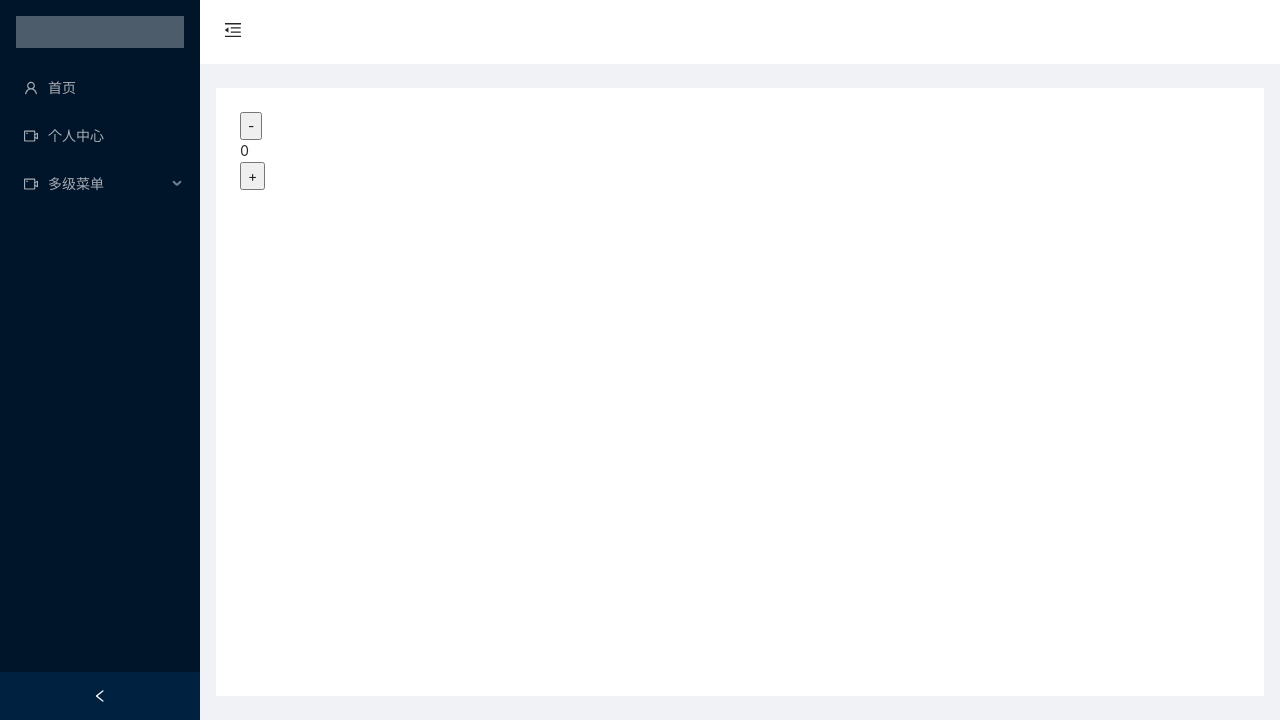
Repository: DallenCat/react-test
Page: /dashboard
An editor plug-in stored every save of this project. The page is shown before and after the next save, followed by the edit.
The browser window is 1280 px wide. The pictures show the whole page.
The project was rebuilt for these pictures with package versions that can differ from the ones it lists, and the page was loaded fresh each time. Also part of the build but not shown: src/containers/personal/index.js.

Above is the page before, as saved 2021-10-29 14:33:23.

### src/index.js
/*
 * @Descripttion:
 * @version:
 * @Author: dal
 * @Date: 2021-10-26 17:14:54
 * @LastEditors: dal
 * @LastEditTime: 2021-10-28 17:36:55
 */
import React from 'react';
import ReactDOM from 'react-dom';
import './index.css';
import App from './App';
import reportWebVitals from './reportWebVitals';
import { Provider } from "react-redux"
import store from "./store"

ReactDOM.render(
  <Provider store={store}>
    <App />
  </Provider>,
  document.getElementById('root')
);

// If you want to start measuring performance in your app, pass a function
// to log results (for example: reportWebVitals(console.log))
// or send to an analytics endpoint. Learn more: https://bit.ly/CRA-vitals
reportWebVitals();

### src/App.js

import './App.css';
import Routes from './routes';
import { BrowserRouter as Router, Switch, Route } from 'react-router-dom';
import SiderDemo from "@/components/layout/index.js"
import { Component } from 'react';
class App extends Component {
  render() {
    let LayoutRouter = (props) => {
      return (
        <SiderDemo>
          <Routes />
        </SiderDemo>
      )
    }
    return (
      <Router>
        <Switch>
          <Route path="/" component={LayoutRouter} />
        </Switch>
      </Router>
    )
  }

}
// render(<Router routes={routes} />, document.body)
export default App;

### src/store/index.js
/*
 * @Descripttion:
 * @version:
 * @Author: dal
 * @Date: 2021-10-28 17:32:00
 * @LastEditors: dal
 * @LastEditTime: 2021-10-28 17:35:35
 */
import { configureStore } from '@reduxjs/toolkit'

import counterReducer from '@/reducers/counterReducer'

export default configureStore({
  reducer: {
    counter: counterReducer
  }
})

### src/App.css
@import '~antd/dist/antd.css';

.App {
  text-align: center;
}

.App-logo {
  height: 40vmin;
  pointer-events: none;
}

@media (prefers-reduced-motion: no-preference) {
  .App-logo {
    animation: App-logo-spin infinite 20s linear;
  }
}

.App-header {
  background-color: #282c34;
  min-height: 100vh;
  display: flex;
  flex-direction: column;
  align-items: center;
  justify-content: center;
  font-size: calc(10px + 2vmin);
  color: white;
}

.App-link {
  color: #61dafb;
}

@keyframes App-logo-spin {
  from {
    transform: rotate(0deg);
  }

  to {
    transform: rotate(360deg);
  }
}

### src/routes/index.js
/*
 * @Descripttion:
 * @version:
 * @Author: dal
 * @Date: 2021-10-26 17:34:53
 * @LastEditors: dal
 * @LastEditTime: 2021-10-27 15:55:38
 */
import Dashboard from "@/containers/dashboard"
import Personal from "@/containers/personal"
import { Route, Switch, withRouter } from 'react-router-dom';

const routes = () => {
  return (
    <Switch>
      <Route exact path={"/dashboard"} component={Dashboard} />
      <Route exact path={"/personal"} component={Personal} />

    </Switch>
  )
}
export default withRouter(routes)

### src/components/layout/index.js
/*
 * @Descripttion:
 * @version:
 * @Author: dal
 * @Date: 2021-10-27 09:54:26
 * @LastEditors: dal
 * @LastEditTime: 2021-10-27 16:53:47
 */
import React from "react"
import { Layout } from 'antd';
// 首先我们需要导入一些组件...
import "./index.css"
import {
  MenuUnfoldOutlined,
  MenuFoldOutlined
} from '@ant-design/icons';
import Sider from "./sider"
const { Header, Content } = Layout;

class SiderDemo extends React.Component {

  state = {
    collapsed: false,
  };

  toggle = () => {
    this.setState({
      collapsed: !this.state.collapsed,
    });
  };
  // 组件挂载
  componentDidMount() {
    console.log(this.props);
  }
  render() {

    return (
      <Layout id="components-layout-demo-custom-trigger">
        <Sider collapsed={this.state.collapsed}></Sider>
        <Layout className="site-layout">
          <Header className="site-layout-background">
            {React.createElement(this.state.collapsed ? MenuUnfoldOutlined : MenuFoldOutlined, {
              className: 'trigger',
              onClick: this.toggle,
            })}
          </Header>
          <Content
            className="site-layout-background"
            style={{
              margin: '24px 16px',
              padding: 24,
              minHeight: 280,
            }}
          >
            {this.props.children || "Welcome to your Inbox"}
          </Content>
        </Layout>
      </Layout>
    );
  }
}

export default SiderDemo;

### src/reducers/counterReducer.js
/*
 * @Descripttion:
 * @version:
 * @Author: dal
 * @Date: 2021-10-28 17:35:16
 * @LastEditors: dal
 * @LastEditTime: 2021-10-29 14:33:23
 */
import { createSlice } from '@reduxjs/toolkit'

export const counterSlice = createSlice({
  name: 'counter',
  initialState: {
    value: 0
  },
  reducers: {
    increment: state => {
      // Redux Toolkit allows us to write "mutating" logic in reducers. It
      // doesn't actually mutate the state because it uses the immer library,
      // which detects changes to a "draft state" and produces a brand new
      // immutable state based off those changes
      state.value += 1
    },
    decrement: state => {
      state.value -= 1
    },
    incrementByAmount: (state, action) => {
      state.value += action.payload
    },
    selectCount: state => { return state.value }
  }
})

export const { increment, decrement, incrementByAmount, selectCount } = counterSlice.actions
export default counterSlice.reducer

### src/containers/dashboard/index.js
/*
 * @Descripttion:
 * @version:
 * @Author: dal
 * @Date: 2021-10-27 11:00:04
 * @LastEditors: dal
 * @LastEditTime: 2021-10-29 14:32:38
 */
import { Component } from "react"
import { useSelector, useDispatch } from 'react-redux'
import { decrement, increment, selectCount } from '@/reducers/counterReducer'

export function Counter() {
  const count = useSelector(
    (state) => ({
      value: state.counter.value,
    })
  )
  console.log(count)
  const dispatch = useDispatch()
  return (
    <div>
      <button aria-label="Decrement value" onClick={() => dispatch(decrement())} > - </button>
      <div>{count.value}</div>
      <button aria-label="Increment value" onClick={() => dispatch(increment())} > + </button>

    </div>
  )
}


class Dashboard extends Component {

  render() {

    return (
      <div>
        <Counter ></Counter>
      </div>

    )
  }
}
export default Dashboard

### src/components/layout/index.css
.ant-layout {
  height: 100vh;
}

.ant-layout-header {
  text-align: left;
  padding: 0;
}

#components-layout-demo-custom-trigger .trigger {
  padding: 0 24px;
  font-size: 18px;
  line-height: 64px;
  cursor: pointer;
  transition: color 0.3s;
}

#components-layout-demo-custom-trigger .trigger:hover {
  color: #1890ff;
}

#components-layout-demo-custom-trigger .logo {
  height: 32px;
  margin: 16px;
  background: rgba(255, 255, 255, 0.3);
}

.site-layout .site-layout-background {
  background: #fff;
}

### src/components/layout/sider/index.js
/*
 * @Descripttion:
 * @version:
 * @Author: dal
 * @Date: 2021-10-27 16:13:09
 * @LastEditors: dal
 * @LastEditTime: 2021-10-27 17:31:32
 */
import { Layout } from 'antd';
import { Component } from 'react';
import Menu from "./menu"
import Logo from "./logo"
const { Sider } = Layout;
class SIDER extends Component {
  constructor(props) {
    super(props)
  }
  render() {
    let { collapsed } = this.props
    return (
      <Sider collapsible collapsed={collapsed}>
        <Logo></Logo>
        <Menu></Menu>
      </Sider>
    )
  }
}
export default SIDER

### src/components/layout/sider/menu.js
/*
 * @Descripttion:
 * @version:
 * @Author: dal
 * @Date: 2021-10-27 16:12:40
 * @LastEditors: dal
 * @LastEditTime: 2021-10-28 10:31:42
 */
import { Menu } from "antd"
import { Component, createElement } from "react";
import { Link } from "react-router-dom"
import * as Icon from '@ant-design/icons'
const { SubMenu } = Menu;
class MENU extends Component {
  constructor(props) {
    super(props)
    this.state = {
      selectedKeys: ['1'],
      routes: []
    }
  }
  /**
   *创建icon
  */
  icon(name) {
    return createElement(Icon[name]);
  }
  /**
   * 拼接routes
   */
  convertRoutes(arr) {
    return arr.map(v => {
      if (v.children.length > 0) {
        return (
          <SubMenu key={v.key} icon={this.icon(v.icon)} title={v.title}>
            {this.convertRoutes(v.children)}
          </SubMenu>
        )
      } else {
        return (
          <Menu.Item key={v.key} icon={this.icon(v.icon)}>
            <Link to={v.path}>{v.title} </Link>
          </Menu.Item>
        )
      }
    })

  }
  /**
   * 生命周期  = Vue-mounted
  */
  componentDidMount() {
    fetch('./mock/routes.json').then(res => {
      if (res.ok) {
        res.json().then(data => {
          this.setState({
            routes: data
          })
        })
      }
    })
  }
  render(h) {
    return (
      <Menu theme="dark" mode="inline" defaultSelectedKeys={this.state.selectedKeys}>
        {
          this.convertRoutes(this.state.routes)

        }
      </Menu>

    )
  }
}
export default MENU

### src/components/layout/sider/logo.js
/*
 * @Descripttion: 侧边栏logo组件
 * @version:
 * @Author: dal
 * @Date: 2021-10-27 17:00:57
 * @LastEditors: dal
 * @LastEditTime: 2021-10-27 17:00:57
 */
import { Component } from "react";

class LOGO extends Component {
  render(h) {
    return (
      <div className="logo"></div>
    )
  }
}
export default LOGO

### public/mock/routes.json
[
  {
    "id":"1",
    "key":"Dashboard",
    "path":"/dashboard",
    "title":"首页",
    "children":[],
    "icon":"UserOutlined",
    "component":"/containers/dashboard"
  },
  {
    "id":"2",
    "key":"Personal",
    "path":"/personal",
    "title":"个人中心",
    "children":[],
    "icon":"VideoCameraOutlined",
    "component":"/containers/personal"
  },
  {
    "id":"3",
    "key":"Submenu",
    "path":"/submenu",
    "title":"多级菜单",
    "children":[
      {
        "id":"3-1",
        "key":"Submenu-1",
        "path":"/submenu/submenu-1",
        "title":"子页面1",
        "children":[],
        "icon":"VideoCameraOutlined",
        "component":"/containers/personal"
      },{
        "id":"3-2",
        "key":"Submenu-2",
        "path":"/submenu/submenu-2",
        "title":"子页面2",
        "children":[],
        "icon":"VideoCameraOutlined",
        "component":"/containers/dashboard"
      }
    ],
    "icon":"VideoCameraOutlined",
    "component":""
  }
]

Loaded but not shown: public/index.html (common file); src/index.css (common file); src/reportWebVitals.js (common file)

After the next save:
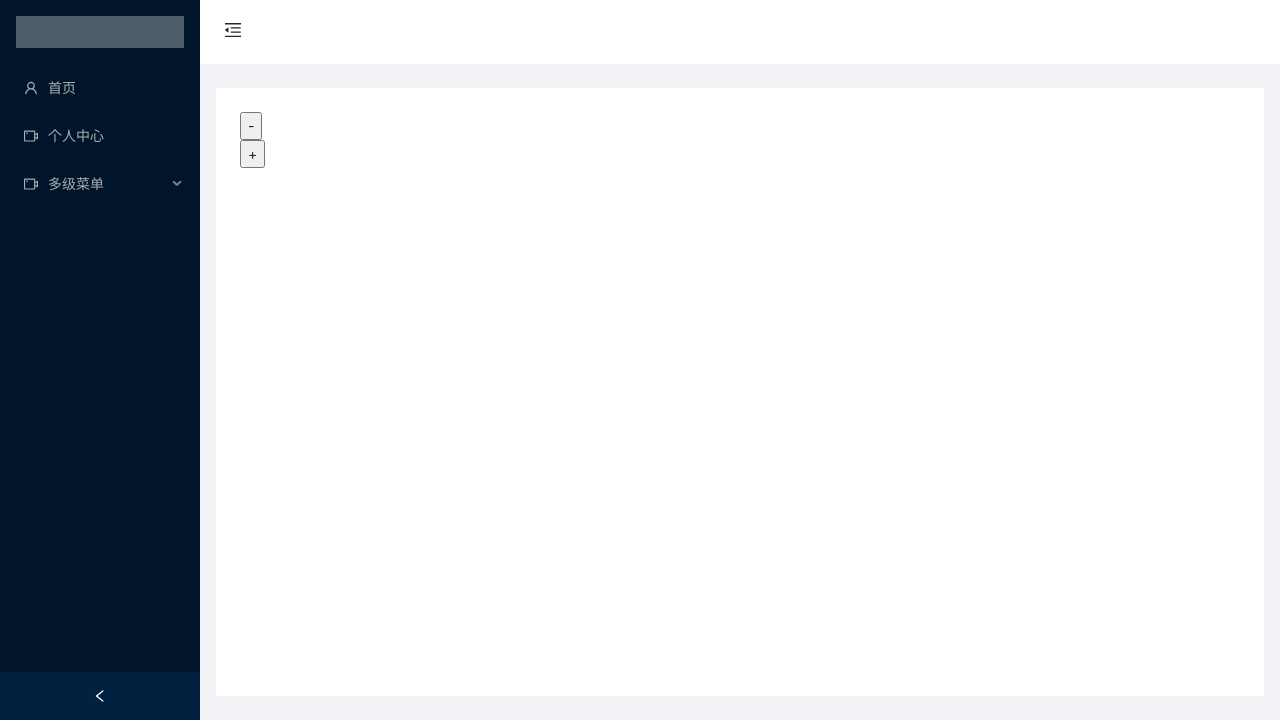
Saved 15 s later.
--- a/src/containers/dashboard/index.js
+++ b/src/containers/dashboard/index.js
@@ -4,18 +4,19 @@
  * @Author: dal
  * @Date: 2021-10-27 11:00:04
  * @LastEditors: dal
- * @LastEditTime: 2021-10-29 14:32:38
+ * @LastEditTime: 2021-10-29 14:33:38
  */
 import { Component } from "react"
 import { useSelector, useDispatch } from 'react-redux'
 import { decrement, increment, selectCount } from '@/reducers/counterReducer'
 
 export function Counter() {
-  const count = useSelector(
-    (state) => ({
-      value: state.counter.value,
-    })
-  )
+  // const count = useSelector(
+  //   (state) => ({
+  //     value: state.counter.value,
+  //   })
+  // )
+  const count = useSelector(selectCount)
   console.log(count)
   const dispatch = useDispatch()
   return (

After the 6 saves that followed:
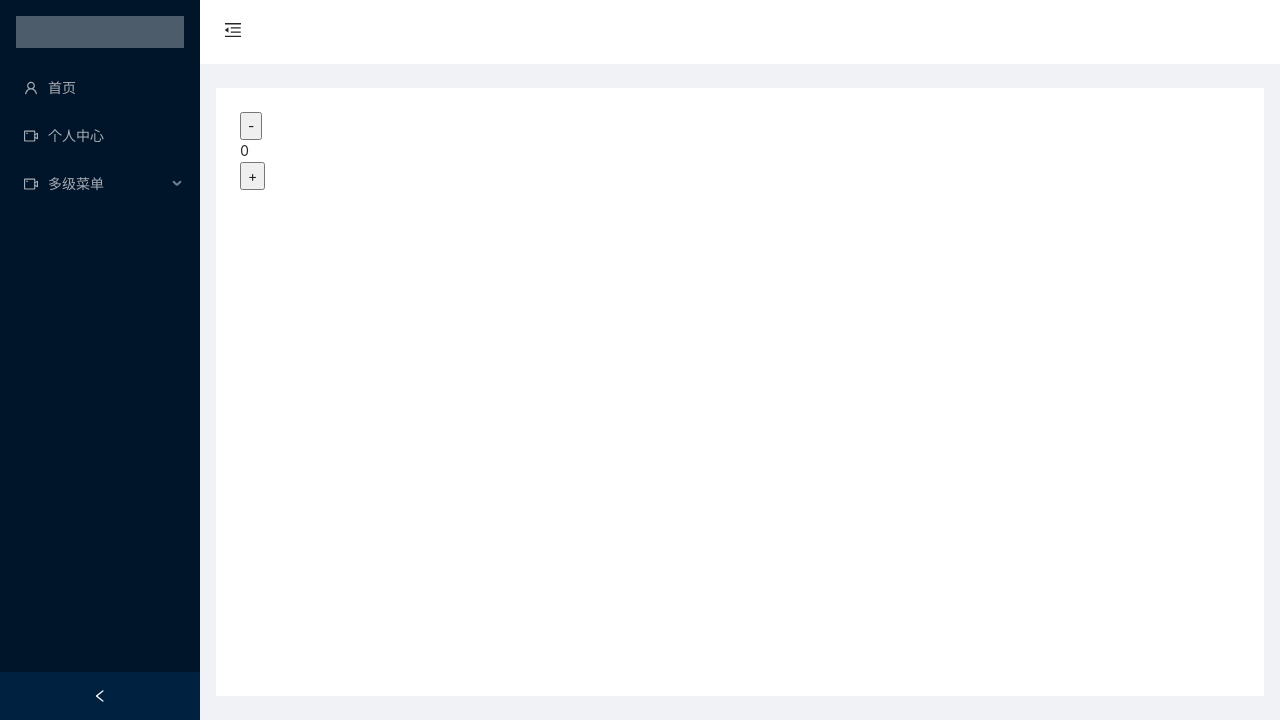
The 6 saves are shown as one change because 5 left the picture as it was.
The last was saved 4 min 9 s later.
--- a/src/reducers/counterReducer.js
+++ b/src/reducers/counterReducer.js
@@ -4,7 +4,7 @@
  * @Author: dal
  * @Date: 2021-10-28 17:35:16
  * @LastEditors: dal
- * @LastEditTime: 2021-10-29 14:33:23
+ * @LastEditTime: 2021-10-29 14:37:24
  */
 import { createSlice } from '@reduxjs/toolkit'
 
@@ -26,10 +26,10 @@ export const counterSlice = createSlice({
     },
     incrementByAmount: (state, action) => {
       state.value += action.payload
-    },
-    selectCount: state => { return state.value }
+    }
   }
 })
 
-export const { increment, decrement, incrementByAmount, selectCount } = counterSlice.actions
+export const { increment, decrement, incrementByAmount } = counterSlice.actions
+export const selectCount = state => state.counter.value
 export default counterSlice.reducer
--- a/src/containers/dashboard/index.js
+++ b/src/containers/dashboard/index.js
@@ -4,7 +4,7 @@
  * @Author: dal
  * @Date: 2021-10-27 11:00:04
  * @LastEditors: dal
- * @LastEditTime: 2021-10-29 14:33:38
+ * @LastEditTime: 2021-10-29 14:37:47
  */
 import { Component } from "react"
 import { useSelector, useDispatch } from 'react-redux'
@@ -22,7 +22,7 @@
   return (
     <div>
       <button aria-label="Decrement value" onClick={() => dispatch(decrement())} > - </button>
-      <div>{count.value}</div>
+      <div>{count}</div>
       <button aria-label="Increment value" onClick={() => dispatch(increment())} > + </button>
 
     </div>
